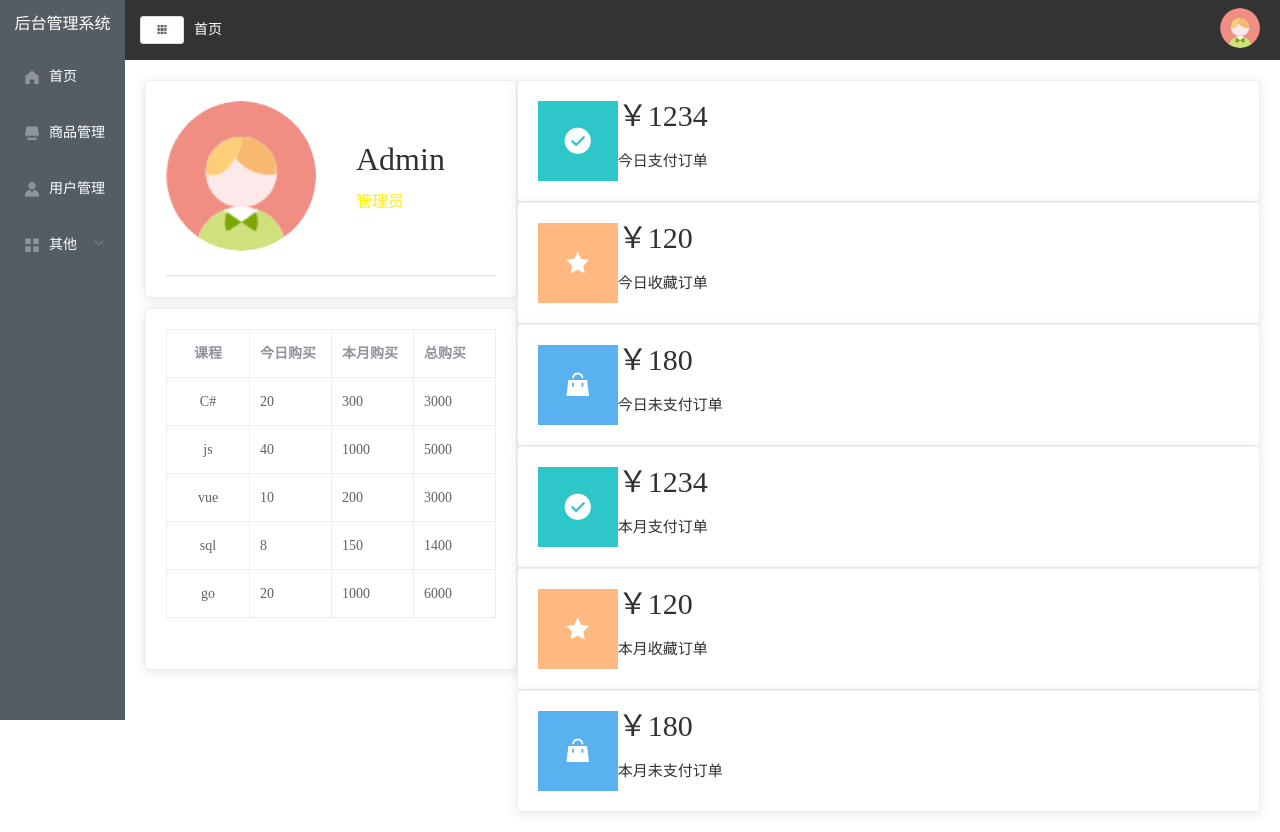
Repository: tkqi/manage
Page: /
The author's editor kept a copy of each file at every save. The page is drawn from the files as they stood at one save, then again after a run of saves.
The browser window is 1280 px wide. The pictures show the whole page.
The project was rebuilt for these pictures with package versions that can differ from the ones it lists, and the page was loaded fresh each time. Also part of the build but not shown: vue.config.js.

Above is the page before, as saved 2023-12-06 11:32:51.

After the next 2 saves:
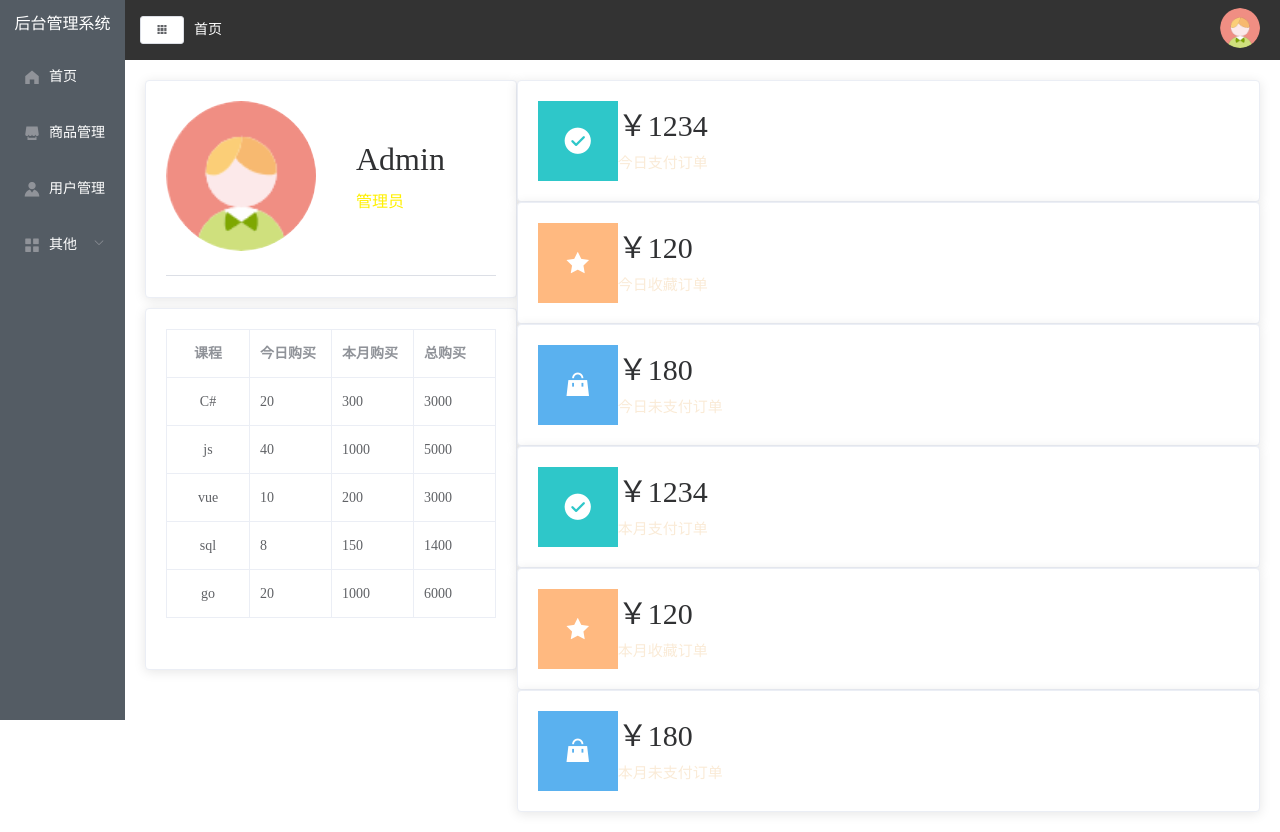
The 2 saves are shown as one change because they came seconds apart.
The last was saved 67 s later.
--- a/src/views/Home.vue
+++ b/src/views/Home.vue
@@ -198,7 +198,9 @@ export default {
 
         .label {
             font-size: 15px;
-            line-height: 40px;
-        }
-    }
-}</style>
+            text-align: center;
+            color: antiquewhite;
+        }
+    }
+}
+</style>
